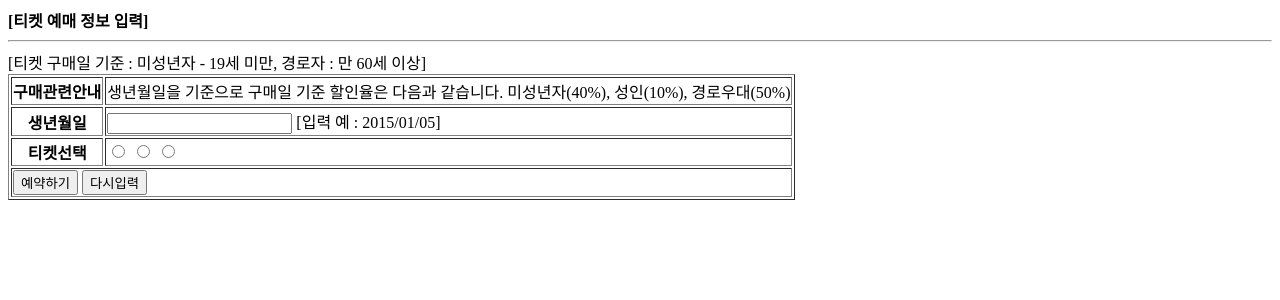
Repository: hanaichione/JSP_BingeWatch
Page: JSPWorkshop04/WebContent/ticket.html
An editor plug-in stored every save of this project. The page is shown before and after the next save, followed by the edit.
The browser window is 1280 px wide. The pictures show the whole page.

Above is the page before, as saved 2022-11-25 09:59:16.

### JSPWorkshop04/WebContent/ticket.html
<!DOCTYPE html>
<html>
<head>
<meta charset="UTF-8">
<title>Insert title here</title>
</head>
<body>
	<form action="Reserve">
		<b>[티켓 예매 정보 입력]</b>
		<hr>
		[티켓 구매일 기준 : 미성년자 - 19세 미만, 경로자 : 만 60세 이상]
		<table border="1">
			<tr>
				<th>구매관련안내</th>
				<td>생년월일을 기준으로 구매일 기준 할인율은 다음과 같습니다.
				미성년자(40%), 성인(10%), 경로우대(50%)</td>
			</tr>
			<tr>
				<th>생년월일</th>
				<td><input type="text" name="birth"> [입력 예 : 2015/01/05]</td>
			</tr>
			<tr>
				<th>티켓선택</th>
				<td><input type="radio" name="ticket" value="20000">
					<input type="radio" name="ticket" value="30000">
					<input type="radio" name="ticket" value="50000">
				</td>
			</tr>
			<tr>
				<td colspan="2"><input type="submit" value="예약하기">
				<input type="button" value="다시입력"></td>
			</tr>
		</table>
	</form>
</body>
</html>

After the next save:
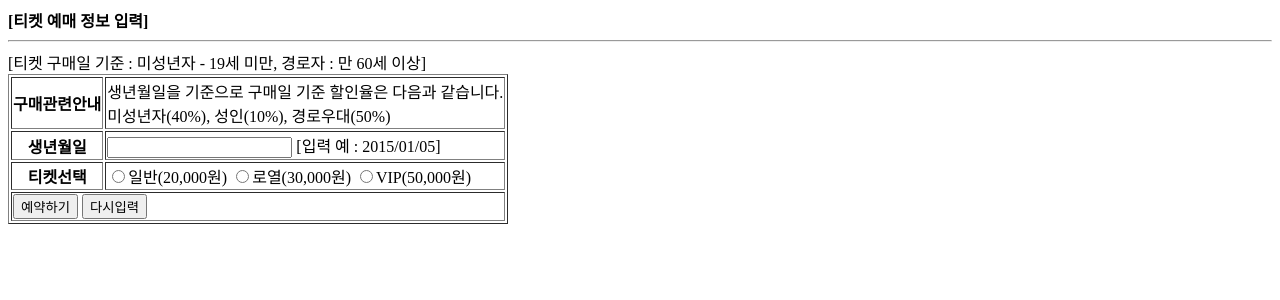
Saved 58 s later.
--- a/JSPWorkshop04/WebContent/ticket.html
+++ b/JSPWorkshop04/WebContent/ticket.html
@@ -12,7 +12,7 @@
 		<table border="1">
 			<tr>
 				<th>구매관련안내</th>
-				<td>생년월일을 기준으로 구매일 기준 할인율은 다음과 같습니다.
+				<td>생년월일을 기준으로 구매일 기준 할인율은 다음과 같습니다. <br>
 				미성년자(40%), 성인(10%), 경로우대(50%)</td>
 			</tr>
 			<tr>
@@ -21,9 +21,9 @@
 			</tr>
 			<tr>
 				<th>티켓선택</th>
-				<td><input type="radio" name="ticket" value="20000">
-					<input type="radio" name="ticket" value="30000">
-					<input type="radio" name="ticket" value="50000">
+				<td><input type="radio" name="ticket" value="20000">일반(20,000원)
+					<input type="radio" name="ticket" value="30000">로열(30,000원)
+					<input type="radio" name="ticket" value="50000">VIP(50,000원)
 				</td>
 			</tr>
 			<tr>
